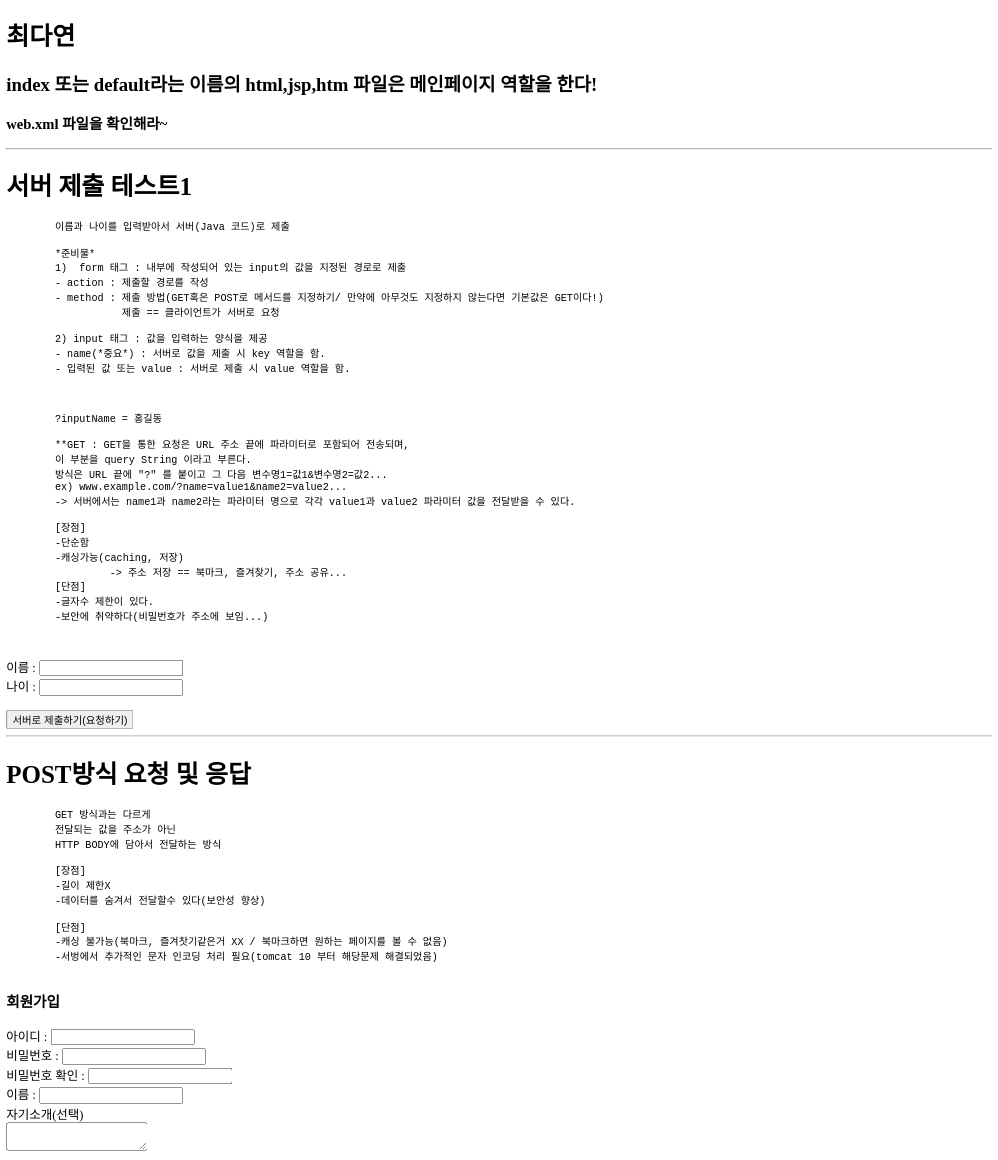
Repository: ana80202/05_Server
Page: ServletProject/src/main/webapp/index.html
An editor plug-in stored every save of this project. The page is shown before and after the next save, followed by the edit.
The browser window is 1280 px wide. The pictures show the whole page, at 78% of full size.

Above is the page before, as saved 2024-03-21 05:23:56.

After the next save:
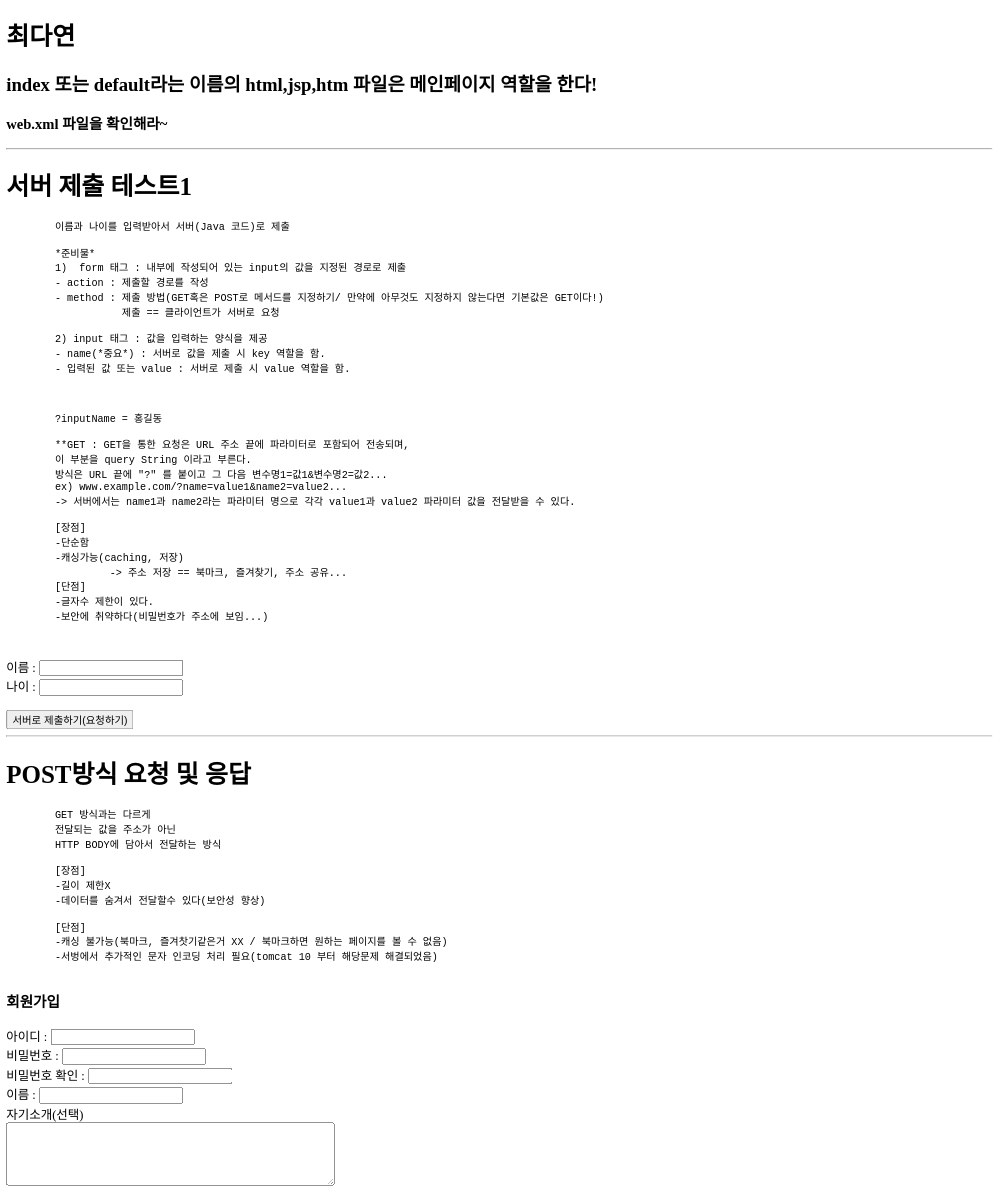
Saved 31 s later.
--- a/ServletProject/src/main/webapp/index.html
+++ b/ServletProject/src/main/webapp/index.html
@@ -84,7 +84,7 @@
 		이름 : <input name ="inpurName" required> <br>
 
 		자기소개(선택) <br>
-		<textarea rows="" cols=""></textarea>
+		<textarea name = "intro"  cols = "50" rows = "5"></textarea>
 	</form>
 
 
